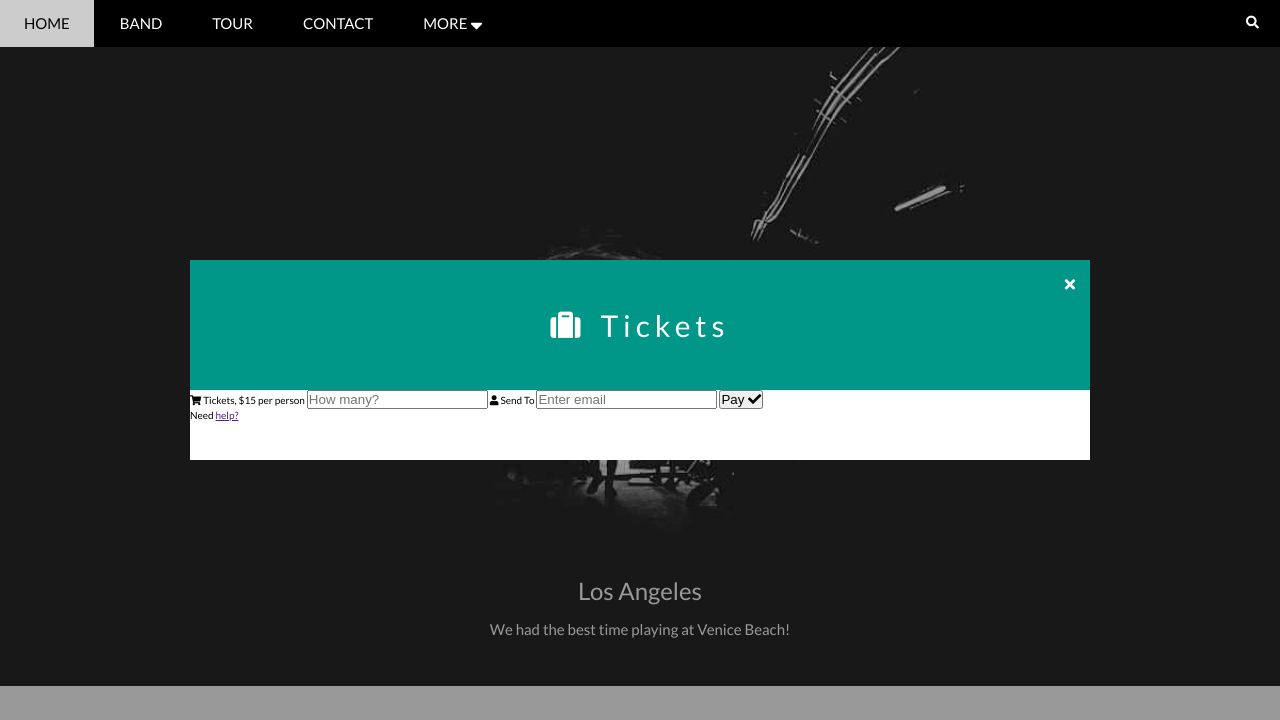
Repository: nguyenthaicong265/w3-band
Page: index.html
These files come from the project's save history. The page is drawn as it stood at one moment and after the next save; the edit follows.
The browser window is 1280 px wide. The pictures show the window.
A layer covers the whole window, so only the first screen is drawn.

Above is the page before, as saved 2022-01-03 11:55:49.

### index.html
<!DOCTYPE html>
<html lang="en">
<head>
    <meta charset="UTF-8">
    <meta http-equiv="X-UA-Compatible" content="IE=edge">
    <meta name="viewport" content="width=device-width, initial-scale=1.0">
    <title>Document</title>
    <link rel="stylesheet" href="./assets/css/styles.css">
    <link rel="stylesheet" href="https://fonts.googleapis.com/css?family=Lato">
    <link rel="stylesheet" href="./assets/font/themify-icons-font/themify-icons/themify-icons.css">
    <link rel="stylesheet" href="./assets/font/fontawesome-free-5.15.4-web/css/all.css">
</head>
<body>
    <div id="main">
        <div id="header">
            <ul id="nav">
                <li><a href="">Home</a></li>
                <li><a href="">Band</a></li>
                <li><a href="">Tour</a></li>
                <li><a href="">Contact</a></li>
                <li>
                    <a href="#">
                        More
                        <i class="fas fa-sort-down"></i>
                    </a>
                    <ul class="subnav">
                        <li><a href="#">Merchandise</a></li>
                        <li><a href="#">Extras</a></li>
                        <li><a href="#">Media</a></li>
                    </ul>
                </li>
            </ul>
            <div class="search-button">
                <i class="fas fa-search text-white"></i>
            </div>
        </div>

        <div id="slider">
            <div class="text-content text-white">
                <h2 class="text-head">Los Angeles
                </h2>
                <div class="text-description">We had the best time playing at Venice Beach!
                </div>
            </div>
        </div>

        <div id="content">
            <!-- About-section -->
            <div class="band-section">
                <div class="content-section">
                    <h2 class="section-heading">
                    THE BAND
                    </h2>
                    <p class="section-sub-heading">
                    We love music
                    </p>
                    <p class="about-text">We have created a fictional band website. Lorem ipsum dolor sit amet, consectetur adipiscing elit, sed do eiusmod tempor incididunt ut labore et dolore magna aliqua. Ut enim ad minim veniam, quis nostrud exercitation ullamco laboris nisi ut aliquip ex ea commodo consequat. Duis aute irure dolor in reprehenderit in voluptate velit esse cillum dolore eu fugiat nulla pariatur. Excepteur sint occaecat cupidatat non proident, sunt in culpa qui officia deserunt mollit anim id est laborum consectetur adipiscing elit, sed do eiusmod tempor incididunt ut labore et dolore magna aliqua. Ut enim ad minim veniam, quis nostrud exercitation ullamco laboris nisi ut aliquip ex ea commodo consequat.
                    </p>

                    <!-- Member -->
                    <div class="members-list">
                        <div class="member-item">
                            <p class="member-name">Name</p>
                            <img src="./assets/img/band/member1.jpg" alt="Name" class="member-avatar">
                        </div>

                        <div class="member-item">
                            <p class="member-name">Name</p>
                            <img src="./assets/img/band/member1.jpg" alt="Name" class="member-avatar">
                        </div>

                        <div class="member-item">
                            <p class="member-name">Name</p>
                            <img src="./assets/img/band/member1.jpg" alt="Name" class="member-avatar">
                        </div>
                    </div>
                </div>
            </div>

            <!-- Tour-section -->
            <div class="tour-section">
                <div class="content-section">
                    <h2 class="section-heading text-white">
                    TOUR DATES
                    </h2>
                    <p class="section-sub-heading text-white">
                    Remember to book your tickets!
                    </p>

                    <!-- Tickets  -->
                    <ul class="tickets-list">
                        <li>September <span class="sold-out text-white">Sold out</span></li>
                        <li>October <span class="sold-out text-white">Sold out</span></li>
                        <li>November <span class="quantity text-white">3</span></li>
                    </ul>

                    <!-- Places -->
                    <div class="places-list">
                        <div class="places-item">
                            <img src="./assets/img/places/newyork.jpg" alt="New York" class="place-img">
                            <div class="place-body">
                                <h3 class="place-heading">
                                    New York
                                </h3>
                                <p class="place-time">
                                    Fri 27 Nov 2016
                                </p>
                                <p class="place-dsc">
                                    Praesent tincidunt sed tellus ut rutrum sed vitae justo.
                                </p>
                                <a href="#" class="place-buy-ticket">Buy Tickets</a>
                            </div>
                        </div>

                        <div class="places-item">
                            <img src="./assets/img/places/paris.jpg" alt="Paris" class="place-img">
                            <div class="place-body">
                                <h3 class="place-heading">
                                    Paris
                                </h3>
                                <p class="place-time">
                                    Sat 28 Nov 2016
                                </p>
                                <p class="place-dsc">
                                    Praesent tincidunt sed tellus ut rutrum sed vitae justo.
                                </p>
                                <a href="#" class="place-buy-ticket">Buy Tickets</a>
                            </div>
                        </div>

                        <div class="places-item">
                            <img src="./assets/img/places/sanfran.jpg" alt="San Francisco" class="place-img">
                            <div class="place-body">
                                <h3 class="place-heading">
                                    San Francisco
                                </h3>
                                <p class="place-time">
                                    Sun 29 Nov 2016
                                </p>
                                <p class="place-dsc">
                                    Praesent tincidunt sed tellus ut rutrum sed vitae justo.
                                </p>
                                <a href="#" class="place-buy-ticket">Buy Tickets</a>
                            </div>
                        </div>
                    </div>
                </div>
            </div>

            <!-- Contact-section -->
            <div class="contact-section">
                <div class="content-section">
                    <h2 class="section-heading">
                    CONTACT</h2>
                    <p class="section-sub-heading">
                    Fan? Drop a note!</p>
                    <div class="contact-information">
                        <div class="contact-location">
                            <i class="fas fa-map-marker-alt"></i>
                            <p class="location">Chicago, US</p>
                        </div>
                        <div class="contact-phone">
                            <i class="fas fa-phone-alt"></i>
                            <p class="phone">Phone: +00 151515</p>
                        </div>
                        <div class="contact-email">
                            <i class="fas fa-envelope"></i>
                            <p class="email">Email: mail@mail.com</p>
                        </div>
                    </div>
                    <div class="fill-information">
                        <form action="" class="form-information">
                            <input type="text" class="fill-name" placeholder="Name" required name="Name">
                            <input type="text" class="fill-email" placeholder="Email" required name="Email">
                            <input type="text" class="fill-message" placeholder="Message"
                            required name="Message">
                            <button class="button-send" type="submit">SEND</button>
                        </form>
                    </div>
                </div>
            </div>
        </div>

        <div id="footer">

        </div>
    </div>
    <div class="modal">
         <div class="modal-contaner">
             <div class="modal-close">
                <i class="fas fa-times"></i>
             </div>

             <div class="modal-header text-white">
                <i class="fas fa-suitcase"></i> Tickets
             </div>

             <div class="modal-body">
                <label for="" class="modal-label">
                    <i class="fas fa-shopping-cart"></i>
                    Tickets, $15 per person
                 </label>
                 <input type="text" class="modal-input" placeholder="How many?">

                 <label for="" class="modal-label">
                    <i class="fas fa-user"></i>
                    Send To
                 </label>
                 <input type="text" class="modal-input" placeholder="Enter email">

                <button id="buy-ticket">
                    Pay
                    <i class="fas fa-check"></i>
                </button>
             </div>

             <div class="modal-footer">
                 <p class="modal-help">
                     Need <a href="">help?</a>
                 </p>
             </div>
         </div>
    </div>
</body>
</html>

### assets/css/styles.css
/* Reset CSS */
* {
    padding: 0;
    margin: 0;
    box-sizing: border-box;
}

html {
    font-family: "Lato", sans-serif;
    font-size: 62.5%;
}

.text-white {
    color: #ffff !important;
}

#main {

}

#header {
    position: fixed;
    top: 0;
    left: 0;
    right: 0;
    height: 46.5px;
    background-color: #000000;
    z-index: 1;
}

#header .search-button {
    float: right;
    padding: 0 21px;
}

#header .search-button:hover {
    cursor: pointer;
    background-color: #f44336!important;
}

#header .fa-search {
    font-size: 13px;
    line-height: 46px;
}

#nav, .subnav {
    display: inline-block;
    list-style-type: none;
}

#nav > li {
    display: inline-block;
}

#nav li {
    position: relative;
}

#nav > li > a {
    color: #ffffff;
    text-transform: uppercase;
}

#nav li a {
    text-decoration: none;
    line-height: 46.5px;
    padding: 0px 24px;
    font-size: 1.5rem;
    display: block;
}

#nav .fa-sort-down {
    font-size: 20px;
}

#nav li:hover .subnav {
    display: block;

}

#nav > li:hover > a,
#nav .subnav li:hover a {
    color: #000 !important;
    background-color: #ccc !important;
}

#nav .subnav {
    display: none;
    position: absolute;
    min-width: 160px;
    top: 46.5px;
    background-color: #ffffff;
    box-shadow: 0 0 10px rgba(0, 0, 0, 0.3);
}

#nav .subnav a {
    color: #000;
    padding: 0 12px;
    line-height: 38px;
}

#slider {
    position: relative;
    margin-top: 46px;
    padding-top: 50%;
    background: url(/assets/img/slider/slider1.jpg) top center / cover no-repeat;
}

#slider .text-content {
    position: absolute;
    bottom: 48px;
    width: 100%;
    text-align: center;
}

#slider .text-head {
    font-weight: 100;
    font-size: 24px;
    margin-bottom: 10px;
}
#slider .text-description {
    font-size: 15px;
    margin-top: 15px;
}

#content {
}

#content .content-section {
    width: 800px;
    padding: 64px 16px ;
    margin-left: auto;
    margin-right: auto;
}

#content .section-heading {
    font-size: 30px;
    font-weight: 400;
    letter-spacing: 4px;
    text-align: center;
}

#content .section-sub-heading {
    font-size: 15px;
    font-style: italic;
    text-align: center;
    opacity: 0.6;
    margin-top: 25px;
}

#content .about-text {
    text-align: justify;
    font-size: 15px;
    margin-top: 25px;
    line-height: 1.4;
}

#content .members-list {
    margin-top: 48px;
    overflow: hidden;
    padding-top: 32px !important;
    padding-bottom: 32px !important;
}

#content .member-item {
    float: left;
    width: 33.333333%;
    text-align: center;
}

#content .member-name {
    font-size: 15px;


}

#content .member-avatar {
    width: 60%;
    margin-top: 15px;
    border-radius: 4px;
}

.tour-section {
    background-color: #000;
    width: 100%;
}

.tickets-list {
    background-color: #ffffff;
    margin-top: 40px;
    list-style-type: none;
}

.tickets-list li {
    font-size: 15px;
    padding: 11px 16px;
    border-bottom: 1px solid #dddd;
    color: #757575;
}

.tickets-list .sold-out {
    background-color: #f44336!important;
    padding: 2px 7px;
    margin-left: 16px;
}

.tickets-list .quantity {
    float: right;
    width: 24px;
    height: 24px;
    background-color: #000;
    border-radius: 50%;
    line-height: 24px;
    text-align: center;
    margin-top: -3px;
}

.places-list {
    margin: 32px -8px 0px;
    overflow: hidden;
    padding-bottom: 48px;
}

.places-item {
    float: left;
    width: 33.33333%;
    padding: 0 8px;

}

.place-img {
    display: block;
    width: 100%;
}

.place-img:hover {
    opacity: 0.6;
}

.place-body {
    background-color: #ffff;
    padding: 16px;
}

.place-heading {
    font-size: 15px;
    font-weight: bolder;
    margin-bottom: 15px;
}

.place-time {
    font-size: 15px;
    opacity: 0.6;
    margin-bottom: 15px;
}

.place-dsc {
    font-size: 15px;
    margin-bottom: 15px;
}

.place-buy-ticket {
    display: inline-block;
    font-size: 15px;
    color: #ffff;
    background-color: #000;
    text-decoration: none;
    padding: 8px 16px;
    margin-top: 16px;
}

.place-buy-ticket:hover {
    color: #000;
    background-color: #ccc;
}

.contact-section {
    background-color: #fff;
    width: 100%;

}

.contact-information {
    float: left;
    width: 49.99999%;
    margin-bottom: 16px;
    overflow: hidden;
}

.fas {
    display: inline-block;
}

.contact-location {

}


.contact-phone {

}

.fill-information {
    width: 49.99999%;
}
#footer {

}

.modal {
    position: fixed;
    top: 0;
    right: 0;
    bottom: 0;
    left: 0;
    background: rgba(0, 0, 0, 0.4);
    display: flex;
    align-items: center;
    justify-content: center;
}

.modal-contaner {
    background: #fff;
    width: 900px;
    min-height: 200px;
    position: relative;
}

.modal-close {
    position: absolute;
    right: 0;
    top: 0;
    padding: 15px;
    cursor: pointer;
    color: #fff;
    font-size: 15px;
}

.modal-close:hover {
    background-color: #fff;
    color: #000;
}

.modal-header {
    background-color: #009688;
    height: 130px;
    display: flex;
    align-items: center;
    justify-content: center;
    font-size: 30px;
    letter-spacing: 5px;
}

.modal-header .fa-suitcase {
    margin-right: 15px;
}

.modal-boday {
    padding: 16px;

}

Loaded but not shown: assets/font/themify-icons-font/themify-icons/themify-icons.css (common file); assets/font/fontawesome-free-5.15.4-web/css/all.css (library)

After the next save:
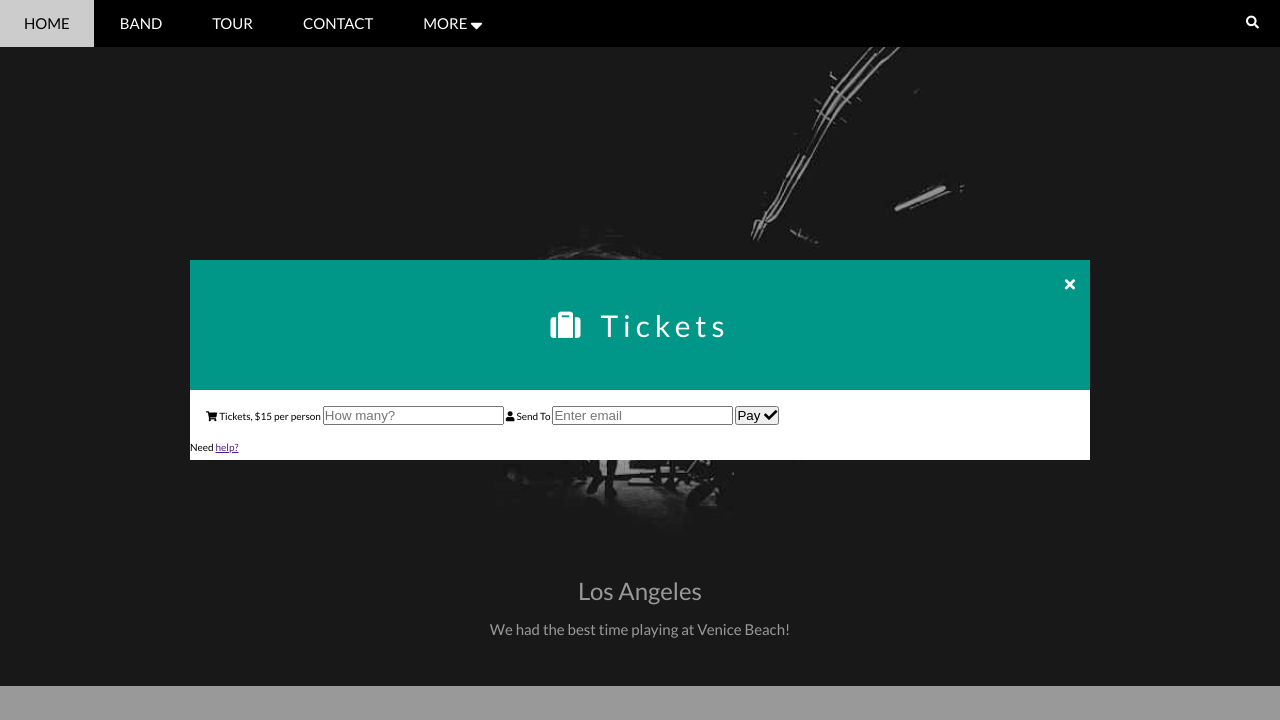
Saved 10 s later.
--- a/assets/css/styles.css
+++ b/assets/css/styles.css
@@ -355,7 +355,7 @@
     margin-right: 15px;
 }
 
-.modal-boday {
+.modal-body {
     padding: 16px;
 
 }
